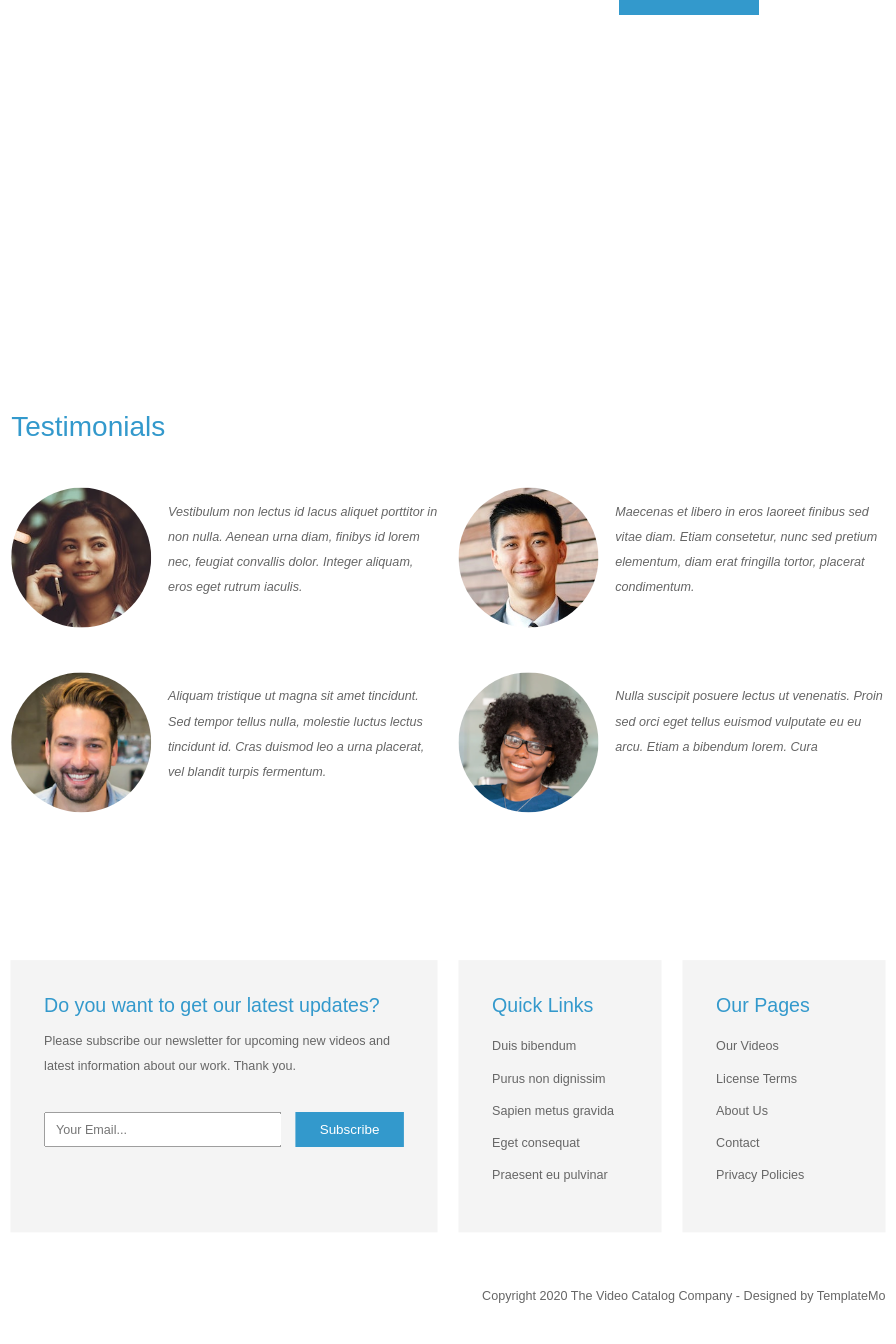
Repository: Marhamat92/PCAT-project-with-node-backend
Page: http://localhost/add
An editor plug-in stored every save of this project. The page is shown before and after the next save, followed by the edit.
The browser window is 1280 px wide. The pictures show the part of the page from y = 1291 to 3211 px (the page is 3211 px tall before and 2432 px after), at 70% of full size.
Backgrounds fixed to the window are drawn as part of the page. Some web fonts or font styles are not loaded; a fallback is used. The page is served by the project's Node server (app.js).

Above is the page before, as saved 2023-02-20 17:49:39.

### views/add.ejs
<%- include('partials/_header') %>

    <body>
        <div class="tm-page-wrap mx-auto">
            <div class="position-relative">
                <%- include('partials/_navigation') %>
                    <div class="tm-welcome-container tm-fixed-header tm-fixed-header-3">
                        <div class="text-center">
                            <p class="pt-5 px-3 tm-welcome-text tm-welcome-text-2 mb-1 mt-lg-0 mt-5 text-white mx-auto">
                                You can add your photos below
                            </p>
                        </div>
                    </div>

                    <div id="tm-fixed-header-bg"></div> <!-- Header image -->
            </div>

            <!-- Page content -->
            <main>
                <div class="container-fluid px-0">
                    <div class="mx-auto tm-content-container">
                        <div class="row mt-3 mb-5 pb-3">
                            <div class="col-12">
                                <h2 class="tm-page-title mb-4 tm-text-primary text-center">Add Photo</h2>
                            </div>
                        </div>
                        <div class="mx-auto pb-3 tm-about-text-container px-3">
                            <div class="row">
                                <div class="col-lg-12 mb-5">
                                    <form id="contact-form" action="" method="POST" class="tm-contact-form">
                                        <div class="form-group">
                                            <input type="text" name="name" class="form-control rounded-0"
                                                placeholder="Name" required="" />
                                        </div>
                                        <div class="form-group">
                                            <input type="email" name="email" class="form-control rounded-0"
                                                placeholder="Email" required="" />
                                        </div>
                                        <div class="form-group">
                                            <select class="form-control" id="contact-select" name="inquiry">
                                                <option value="-">Subject</option>
                                                <option value="sales">Sales &amp; Marketing</option>
                                                <option value="creative">Creative Design</option>
                                                <option value="uiux">UI / UX</option>
                                            </select>
                                        </div>
                                        <div class="form-group">
                                            <textarea rows="8" name="message" class="form-control rounded-0"
                                                placeholder="Message" required=""></textarea>
                                        </div>

                                        <div class="form-group mb-0">
                                            <button type="submit"
                                                class="btn btn-primary rounded-0 d-block ml-auto mr-0 tm-btn-animate tm-btn-submit tm-icon-submit"><span>Submit</span></button>
                                        </div>
                                    </form>
                                </div>

                            </div>
                        </div>
                    </div>

                    <div class="parallax-window parallax-window-2" data-parallax="scroll"
                        data-image-src="img/contact-2.jpg"></div>

                    <div class="mx-auto tm-content-container mt-4 px-3 mb-3">
                        <div class="row">
                            <div class="col-12">
                                <h2 class="tm-page-title mb-5 tm-text-primary">Testimonials</h2>
                            </div>
                        </div>
                        <div class="row">
                            <div class="col-lg-6 mb-5 pt-3">
                                <div class="media tm-testimonial">
                                    <img class="mr-4 rounded-circle img-fluid" src="img/testimonial-1.jpg"
                                        alt="Generic placeholder image">
                                    <p class="media-body pt-3 tm-testimonial-text">
                                        Vestibulum non lectus id lacus aliquet porttitor in non nulla. Aenean urna diam,
                                        finibys id lorem nec, feugiat convallis dolor. Integer aliquam, eros eget rutrum
                                        iaculis.
                                    </p>
                                </div>
                            </div>
                            <div class="col-lg-6 mb-5 pt-3">
                                <div class="media tm-testimonial">
                                    <img class="mr-4 rounded-circle img-fluid" src="img/testimonial-2.jpg"
                                        alt="Generic placeholder image">
                                    <p class="media-body pt-3 tm-testimonial-text">
                                        Maecenas et libero in eros laoreet finibus sed vitae diam. Etiam consetetur,
                                        nunc sed pretium elementum, diam erat fringilla tortor, placerat condimentum.
                                    </p>
                                </div>
                            </div>
                            <div class="col-lg-6 mb-5 pt-3">
                                <div class="media tm-testimonial">
                                    <img class="mr-4 rounded-circle img-fluid" src="img/testimonial-3.png"
                                        alt="Generic placeholder image">
                                    <p class="media-body pt-3 tm-testimonial-text">
                                        Aliquam tristique ut magna sit amet tincidunt. Sed tempor tellus nulla, molestie
                                        luctus lectus tincidunt id. Cras duismod leo a urna placerat, vel blandit turpis
                                        fermentum.
                                    </p>
                                </div>
                            </div>
                            <div class="col-lg-6 mb-5 pt-3">
                                <div class="media tm-testimonial">
                                    <img class="mr-4 rounded-circle img-fluid" src="img/testimonial-4.png"
                                        alt="Generic placeholder image">
                                    <p class="media-body pt-3 tm-testimonial-text">
                                        Nulla suscipit posuere lectus ut venenatis. Proin sed orci eget tellus euismod
                                        vulputate eu eu arcu. Etiam a bibendum lorem. Cura
                                    </p>
                                </div>
                            </div>
                        </div>
                    </div>
                </div>
            </main>

            <%- include('partials/_footer') %>
        </div>

        <script src="js/jquery-3.4.1.min.js"></script>
        <script src="js/bootstrap.min.js"></script>
        <script src="js/parallax.min.js"></script>
    </body>

    </html>

### views/partials/_header.ejs
<!DOCTYPE html>
<html lang="en">

<head>
  <meta charset="UTF-8">
  <meta name="viewport" content="width=device-width, initial-scale=1.0">
  <title>Video Catalog</title>
  <link rel="stylesheet" href="fontawesome/css/all.min.css"> <!-- https://fontawesome.com/ -->
  <link href="https://fonts.googleapis.com/css2?family=Source+Sans+Pro&display=swap" rel="stylesheet">
  <!-- https://fonts.google.com/ -->
  <link rel="stylesheet" href="css/bootstrap.min.css">
  <link rel="stylesheet" href="css/templatemo-video-catalog.css">
  <!--

TemplateMo 552 Video Catalog

https://templatemo.com/tm-552-video-catalog

-->
</head>

### views/partials/_navigation.ejs
<div class="position-absolute tm-site-header">
  <div class="container-fluid position-relative">
    <div class="row">
      <div class="col-7 col-md-4">
        <a href="/" class="tm-bg-black text-center tm-logo-container">
          <i class="fas fa-video tm-site-logo mb-3"></i>
          <h1 class="tm-site-name">PCAT</h1>
        </a>
      </div>
      <div class="col-5 col-md-8 ml-auto mr-0">
        <div class="tm-site-nav">
          <nav class="navbar navbar-expand-lg mr-0 ml-auto" id="tm-main-nav">
            <button class="navbar-toggler tm-bg-black py-2 px-3 mr-0 ml-auto collapsed" type="button"
              data-toggle="collapse" data-target="#navbar-nav" aria-controls="navbar-nav" aria-expanded="false"
              aria-label="Toggle navigation">
              <span>
                <i class="fas fa-bars tm-menu-closed-icon"></i>
                <i class="fas fa-times tm-menu-opened-icon"></i>
              </span>
            </button>
            <div class="collapse navbar-collapse tm-nav" id="navbar-nav">
              <ul class="navbar-nav text-uppercase">
                <li class="nav-item active">
                  <a class="nav-link tm-nav-link" href="/">Videos <span class="sr-only">(current)</span></a>
                </li>
                <li class="nav-item">
                  <a class="nav-link tm-nav-link" href="/about">About</a>
                </li>
                <li class="nav-item">
                  <a class="nav-link tm-nav-link" href="/add">Add Photo</a>
                </li>
              </ul>
            </div>
          </nav>
        </div>
      </div>
    </div>
  </div>
</div>

### views/partials/_footer.ejs
<div class="container-fluid tm-content-container mx-auto pt-5">
  <!-- Subscribe form and footer links -->
  <div class="row mt-5 pt-3">
    <div class="col-xl-6 col-lg-12 mb-4">
      <div class="tm-bg-gray p-5 h-100">
        <h3 class="tm-text-primary mb-3">Do you want to get our latest updates?</h3>
        <p class="mb-5">Please subscribe our newsletter for upcoming new videos and latest
          information
          about our
          work. Thank you.</p>
        <form action="" method="GET" class="tm-subscribe-form">
          <input type="text" name="email" placeholder="Your Email..." required>
          <button type="submit" class="btn rounded-0 btn-primary tm-btn-small">Subscribe</button>
        </form>
      </div>
    </div>
    <div class="col-xl-3 col-lg-6 col-md-6 col-sm-6 col-12 mb-4">
      <div class="p-5 tm-bg-gray">
        <h3 class="tm-text-primary mb-4">Quick Links</h3>
        <ul class="list-unstyled tm-footer-links">
          <li><a href="#">Duis bibendum</a></li>
          <li><a href="#">Purus non dignissim</a></li>
          <li><a href="#">Sapien metus gravida</a></li>
          <li><a href="#">Eget consequat</a></li>
          <li><a href="#">Praesent eu pulvinar</a></li>
        </ul>
      </div>
    </div>
    <div class="col-xl-3 col-lg-6 col-md-6 col-sm-6 col-12 mb-4">
      <div class="p-5 tm-bg-gray h-100">
        <h3 class="tm-text-primary mb-4">Our Pages</h3>
        <ul class="list-unstyled tm-footer-links">
          <li><a href="#">Our Videos</a></li>
          <li><a href="#">License Terms</a></li>
          <li><a href="#">About Us</a></li>
          <li><a href="#">Contact</a></li>
          <li><a href="#">Privacy Policies</a></li>
        </ul>
      </div>
    </div>
  </div> <!-- row -->

  <footer class="row pt-5">
    <div class="col-12">
      <p class="text-right">Copyright 2020 The Video Catalog Company

        - Designed by <a href="https://templatemo.com" rel="nofollow" target="_parent">TemplateMo</a>
      </p>
    </div>
  </footer>
</div>

Loaded but not shown: public/fontawesome/css/all.min.css (library); public/css/bootstrap.min.css (library); public/js/jquery-3.4.1.min.js (library); public/js/bootstrap.min.js (library); public/js/parallax.min.js (library); app.js (32 lines, source omitted); public/css/templatemo-video-catalog.css (528 lines, source omitted)

After the next save:
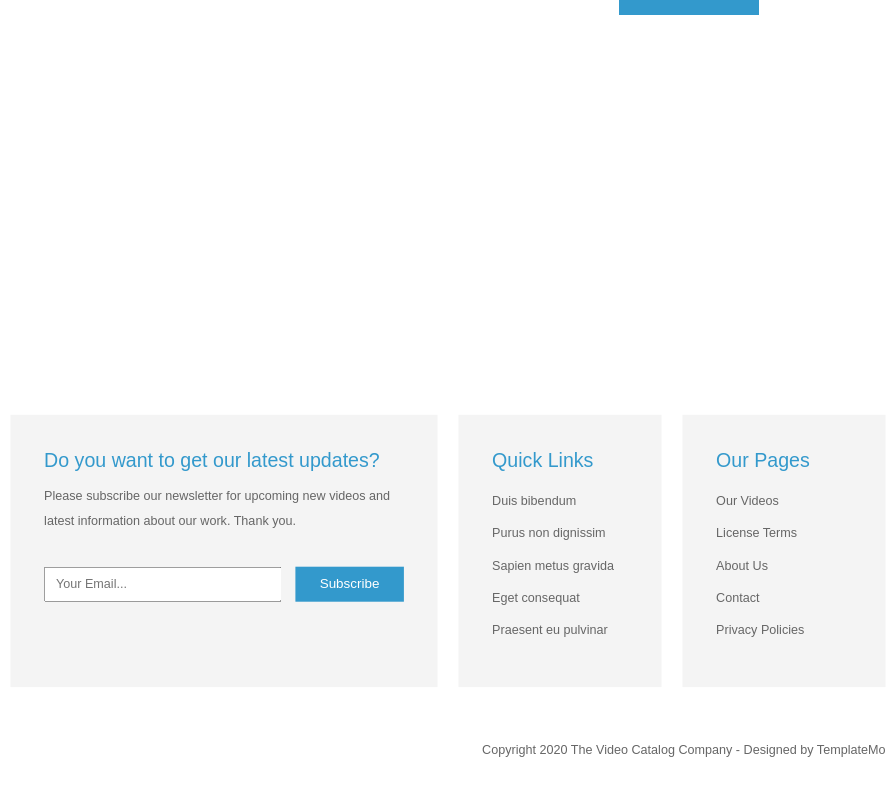
Saved 72 s later.
--- a/views/add.ejs
+++ b/views/add.ejs
@@ -63,57 +63,7 @@
                     <div class="parallax-window parallax-window-2" data-parallax="scroll"
                         data-image-src="img/contact-2.jpg"></div>
 
-                    <div class="mx-auto tm-content-container mt-4 px-3 mb-3">
-                        <div class="row">
-                            <div class="col-12">
-                                <h2 class="tm-page-title mb-5 tm-text-primary">Testimonials</h2>
-                            </div>
-                        </div>
-                        <div class="row">
-                            <div class="col-lg-6 mb-5 pt-3">
-                                <div class="media tm-testimonial">
-                                    <img class="mr-4 rounded-circle img-fluid" src="img/testimonial-1.jpg"
-                                        alt="Generic placeholder image">
-                                    <p class="media-body pt-3 tm-testimonial-text">
-                                        Vestibulum non lectus id lacus aliquet porttitor in non nulla. Aenean urna diam,
-                                        finibys id lorem nec, feugiat convallis dolor. Integer aliquam, eros eget rutrum
-                                        iaculis.
-                                    </p>
-                                </div>
-                            </div>
-                            <div class="col-lg-6 mb-5 pt-3">
-                                <div class="media tm-testimonial">
-                                    <img class="mr-4 rounded-circle img-fluid" src="img/testimonial-2.jpg"
-                                        alt="Generic placeholder image">
-                                    <p class="media-body pt-3 tm-testimonial-text">
-                                        Maecenas et libero in eros laoreet finibus sed vitae diam. Etiam consetetur,
-                                        nunc sed pretium elementum, diam erat fringilla tortor, placerat condimentum.
-                                    </p>
-                                </div>
-                            </div>
-                            <div class="col-lg-6 mb-5 pt-3">
-                                <div class="media tm-testimonial">
-                                    <img class="mr-4 rounded-circle img-fluid" src="img/testimonial-3.png"
-                                        alt="Generic placeholder image">
-                                    <p class="media-body pt-3 tm-testimonial-text">
-                                        Aliquam tristique ut magna sit amet tincidunt. Sed tempor tellus nulla, molestie
-                                        luctus lectus tincidunt id. Cras duismod leo a urna placerat, vel blandit turpis
-                                        fermentum.
-                                    </p>
-                                </div>
-                            </div>
-                            <div class="col-lg-6 mb-5 pt-3">
-                                <div class="media tm-testimonial">
-                                    <img class="mr-4 rounded-circle img-fluid" src="img/testimonial-4.png"
-                                        alt="Generic placeholder image">
-                                    <p class="media-body pt-3 tm-testimonial-text">
-                                        Nulla suscipit posuere lectus ut venenatis. Proin sed orci eget tellus euismod
-                                        vulputate eu eu arcu. Etiam a bibendum lorem. Cura
-                                    </p>
-                                </div>
-                            </div>
-                        </div>
-                    </div>
+
                 </div>
             </main>
 
